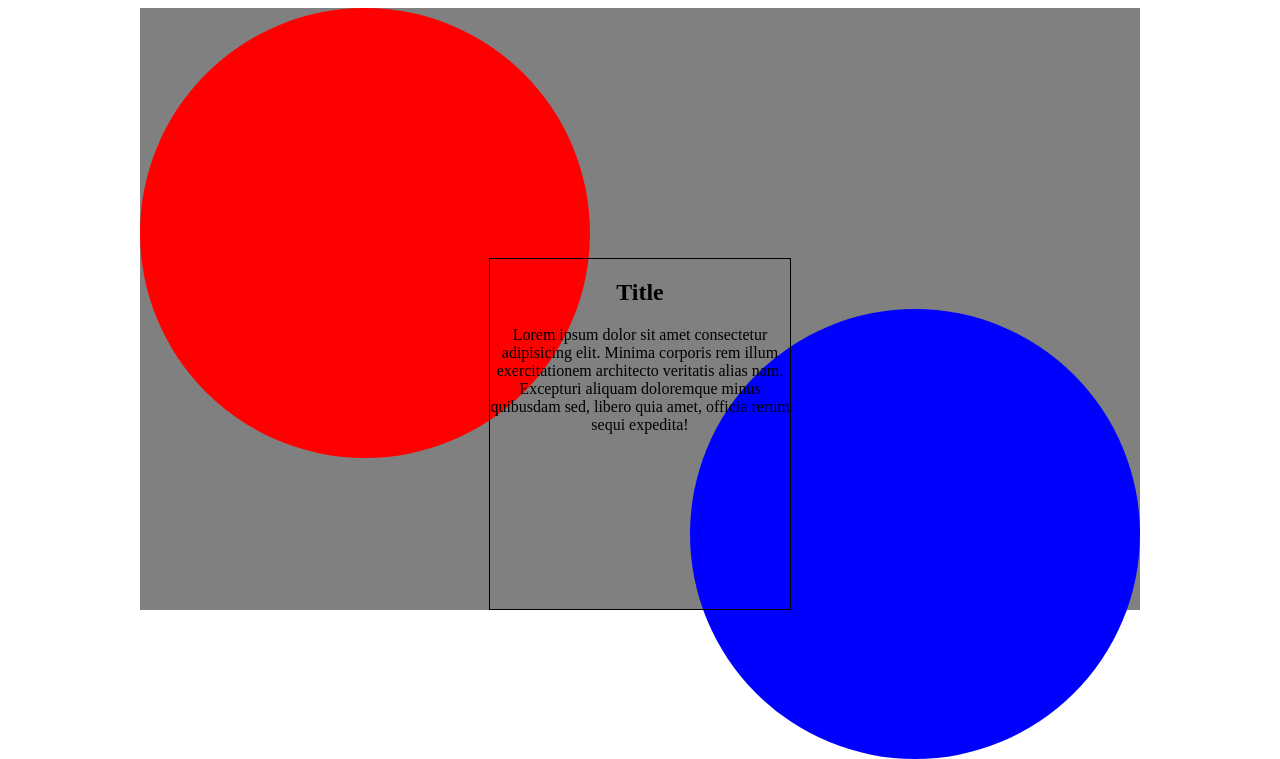
Repository: dovanluyen1996/Test-Git-PR
Page: index.html
The author's editor kept a copy of each file at every save. The page is drawn from the files as they stood at one save, then again after the next save.
The browser window is 1280 px wide. The pictures show the whole page.

Above is the page before, as saved 2021-09-06 23:28:19.

### index.html
<!DOCTYPE html>
<html lang="en">
  <head>
    <meta charset="UTF-8" />
    <meta http-equiv="X-UA-Compatible" content="IE=edge" />
    <meta name="viewport" content="width=device-width, initial-scale=1.0" />
    <title>TestVsCode</title>
    <link rel="stylesheet" href="css/style.css" />
  </head>

  <body>
    <div class="container">
      <div class="test1"></div>
      <div class="test2"></div>

      <div class="center">
        <div class="item-center">
          <h2>Title</h2>
          <p class="text">
            Lorem ipsum dolor sit amet consectetur adipisicing elit. Minima
            corporis rem illum exercitationem architecto veritatis alias nam.
            Excepturi aliquam doloremque minus quibusdam sed, libero quia amet,
            officia rerum sequi expedita!
          </p>
        </div>
      </div>
    </div>
  </body>
</html>

### css/style.css
body {
}
.container {
  width: 1000px;
  margin: 0 auto;
  position: relative;
  background-color: grey;
}
.test1 {
  width: 450px;
  height: 450px;
  background-color: red;
  border-radius: 50%;
}
.test2 {
  width: 450px;
  height: 450px;
  background-color: blue;
  border-radius: 50%;
  position: absolute;
  right: 0;
  top: 50%;
}
.item-center {
  width: 300px;
  height: 350px;
  border: 1px solid black;
  text-align: center;
  margin: 0 auto;
  position: relative;
  margin-top: -200px;
}

After the next save:
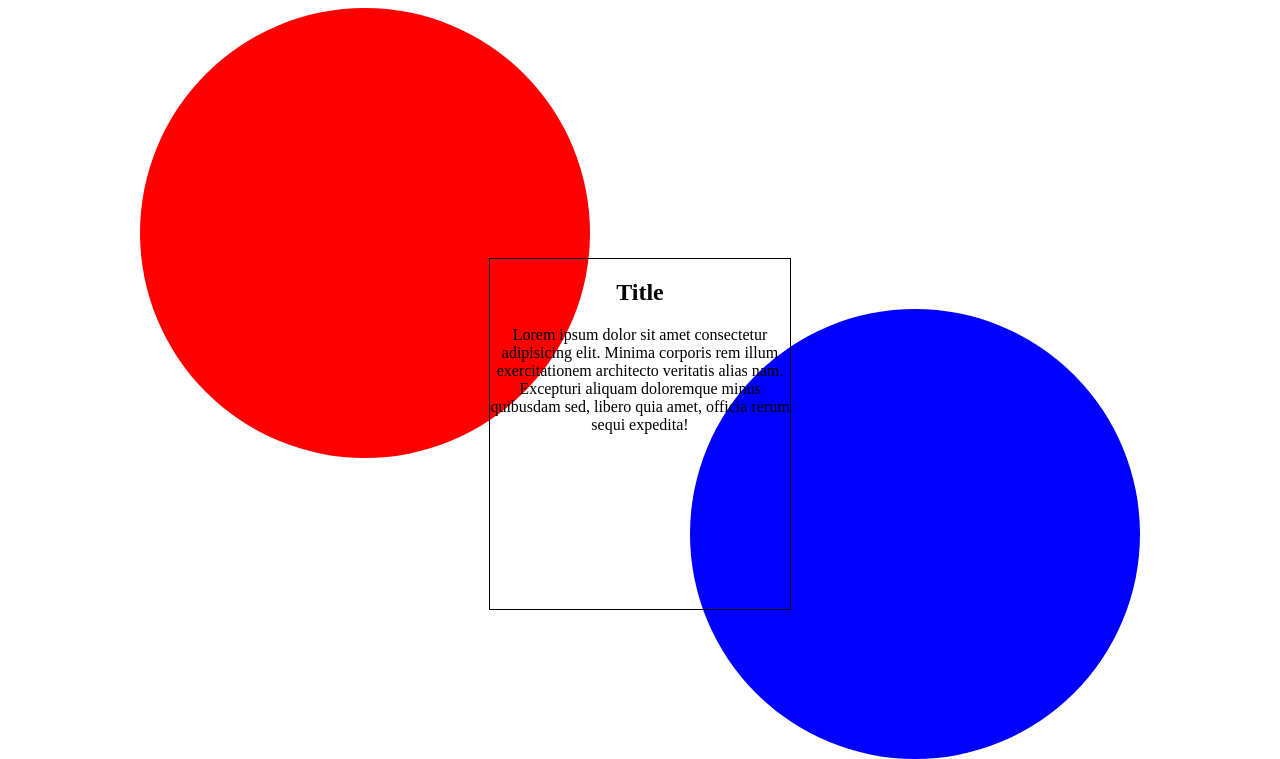
Saved 18 s later.
--- a/css/style.css
+++ b/css/style.css
@@ -4,7 +4,6 @@ body {
   width: 1000px;
   margin: 0 auto;
   position: relative;
-  background-color: grey;
 }
 .test1 {
   width: 450px;
